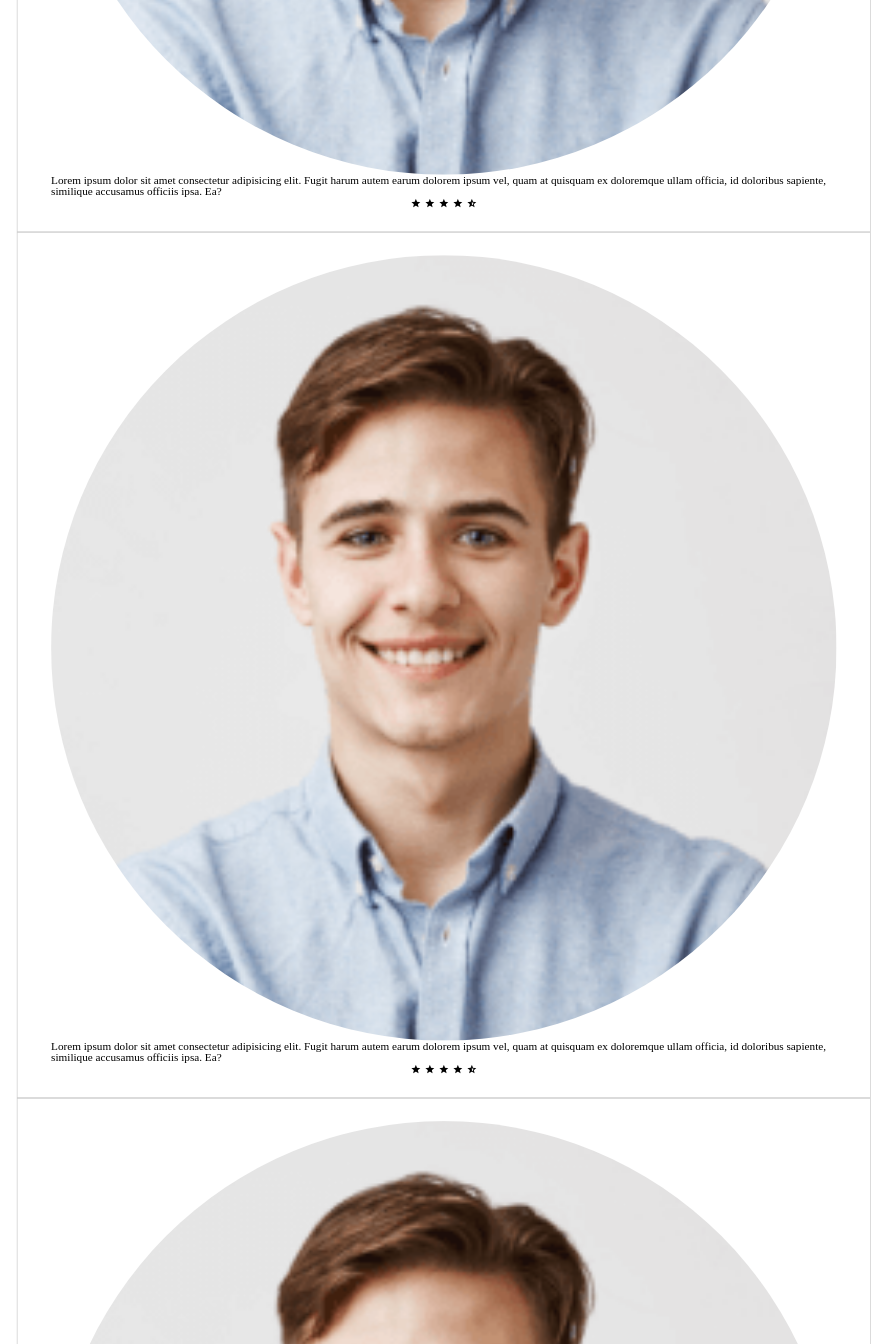
Repository: dinhhaidh/slider-3
Page: index.html
An editor plug-in stored every save of this project. The page is shown before and after the next save, followed by the edit.
The browser window is 1280 px wide. The pictures show the part of the page from y = 922 to 2842 px (the page is 3727 px tall before and 3799 px after), at 70% of full size.

Above is the page before, as saved 2024-03-22 20:18:33.

### index.html
<!DOCTYPE html>
<html lang="en">
<head>
    <meta charset="UTF-8">
    <meta name="viewport" content="width=device-width, initial-scale=1.0">
    <title>Document</title>
    <link rel="stylesheet" href="https://cdnjs.cloudflare.com/ajax/libs/remixicon/4.2.0/remixicon.min.css">

    <link rel="stylesheet" href="style.css">

</head>
<body>
    <div class="customer">
        <h3 class="customer__title">customer Options</h3>
        <div class="customer__container container">
            <div class="customer__swiper">
                <div>
                    <article class="customer__article">
                        <img src="./img1.png" alt="image" class="customer__img">

                        <p>
                            Lorem ipsum dolor sit amet consectetur adipisicing elit. Fugit harum autem earum dolorem ipsum vel, quam at quisquam ex doloremque ullam officia, id doloribus sapiente, similique accusamus officiis ipsa. Ea?
                        </p>

                        <div class="customer__star">
                            <i class="ri-star-s-fill"></i>
                            <i class="ri-star-s-fill"></i>
                            <i class="ri-star-s-fill"></i>
                            <i class="ri-star-s-fill"></i>
                            <i class="ri-star-half-s-line"></i>
                        </div>
                    </article>
                    <article class="customer__article">
                        <img src="./img1.png" alt="image" class="customer__img">

                        <p>
                            Lorem ipsum dolor sit amet consectetur adipisicing elit. Fugit harum autem earum dolorem ipsum vel, quam at quisquam ex doloremque ullam officia, id doloribus sapiente, similique accusamus officiis ipsa. Ea?
                        </p>

                        <div class="customer__star">
                            <i class="ri-star-s-fill"></i>
                            <i class="ri-star-s-fill"></i>
                            <i class="ri-star-s-fill"></i>
                            <i class="ri-star-s-fill"></i>
                            <i class="ri-star-half-s-line"></i>
                        </div>
                    </article>
                    <article class="customer__article">
                        <img src="./img1.png" alt="image" class="customer__img">

                        <p>
                            Lorem ipsum dolor sit amet consectetur adipisicing elit. Fugit harum autem earum dolorem ipsum vel, quam at quisquam ex doloremque ullam officia, id doloribus sapiente, similique accusamus officiis ipsa. Ea?
                        </p>

                        <div class="customer__star">
                            <i class="ri-star-s-fill"></i>
                            <i class="ri-star-s-fill"></i>
                            <i class="ri-star-s-fill"></i>
                            <i class="ri-star-s-fill"></i>
                            <i class="ri-star-half-s-line"></i>
                        </div>
                    </article>
                </div>
            </div>
        </div>
    </div>
</body>
</html>

### style.css
*,
*:before,
*:after {
  box-sizing: border-box;
}
* {
  margin: 0;
  padding: 0;
  font: inherit;
}
img,
picture,
svg,
video {
  display: block;
  max-width: 100%;
}
input,
select,
textarea {
  background-color: transparent;
  outline: none;
}
button {
  cursor: pointer;
  background-color: transparent;
  outline: none;
  border: 0;
}
body {
  min-height: 100vh;
  font-weight: 400;
  font-size: 16px;
  line-height: 1;
}


.container{
    max-width: 1220px;
    Margin-inline: 1.5rem;
}


.customer__title{
    text-align: center
}
.customer__container{

}

.customer__swiper{

}
.customer__article{
    display:flex;
    align-items: center;
    justify-content: center;
    flex-direction: column;
    padding: 2rem 3rem 2rem;
    background-color: #fff;
    border: 1px solid #ccc;
}
.customer__img{
    width: 100px;
    border-radius: 50%;
    width: 100%;
    /* margin: 0 auto 1.5rem; */
    object-fit: cover;
}
.customer__star{

}
.ri-star-s-fill{

}
.ri-star-half-s-line{

}

After the next save:
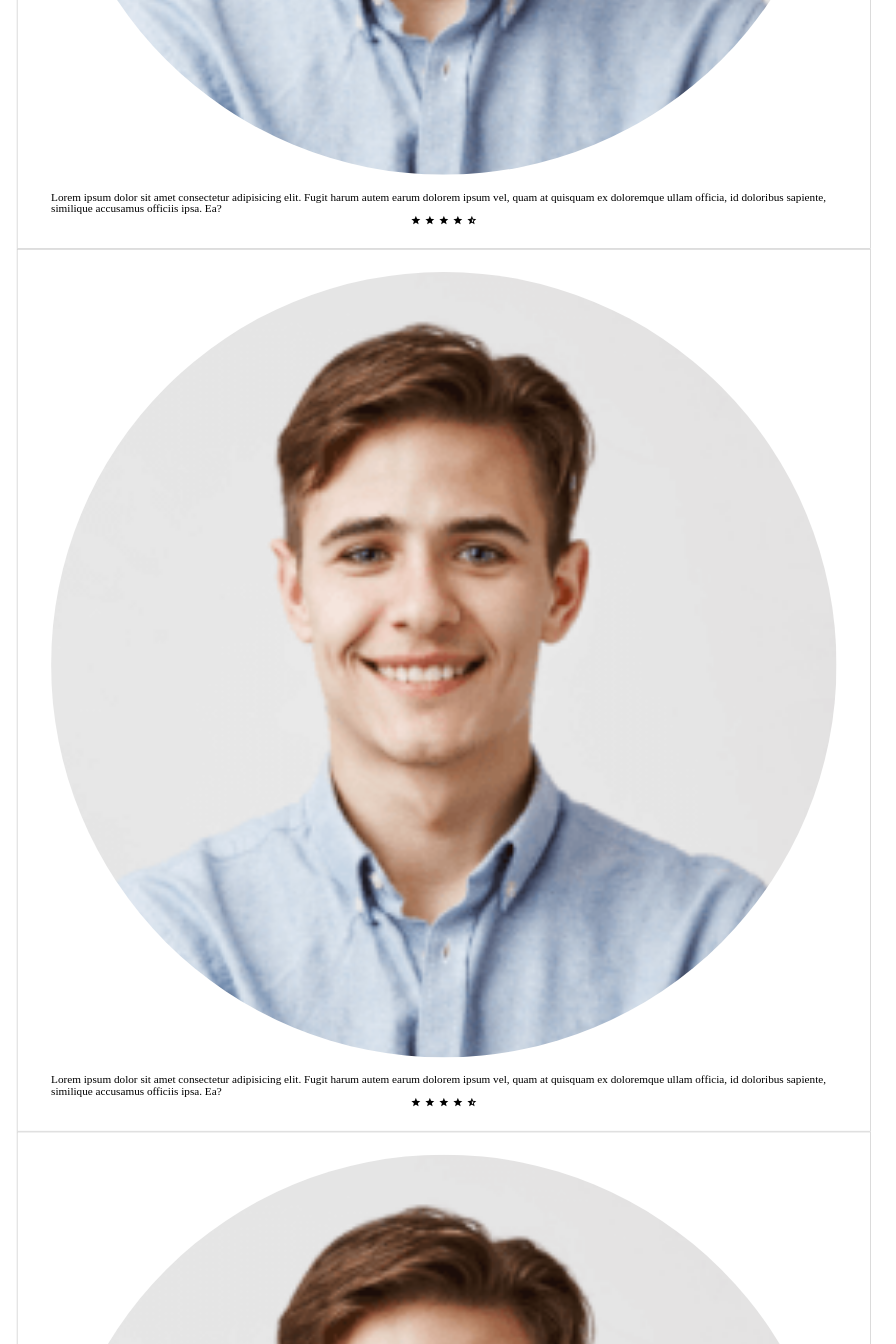
Saved 12 s later.
--- a/style.css
+++ b/style.css
@@ -64,7 +64,7 @@ body {
     width: 100px;
     border-radius: 50%;
     width: 100%;
-    /* margin: 0 auto 1.5rem; */
+    margin: 0 auto 1.5rem;
     object-fit: cover;
 }
 .customer__star{
